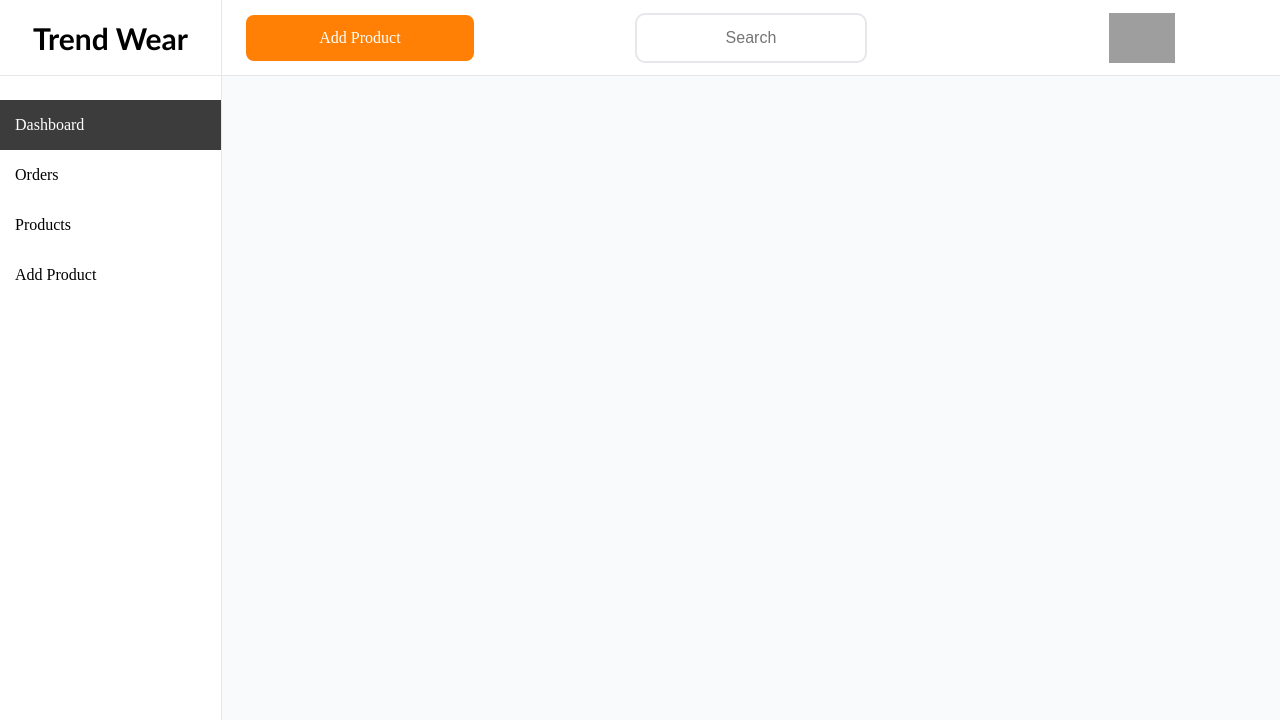
Repository: ahmad-dev7/TrendWear
Page: / (app in trend_wear_dashboard/)
The author's editor kept a copy of each file at every save. The page is drawn from the files as they stood at one save, then again after the next save.
The browser window is 1280 px wide. The pictures show the whole page.
Pictures or frames that could not be fetched are drawn as grey boxes. The project was rebuilt for these pictures with package versions that can differ from the ones it lists, and the page was loaded fresh each time. Also part of the build but not shown: trend_wear_dashboard/vite.config.ts.

Above is the page before, as saved 2025-01-19 19:24:22.

After the next save:
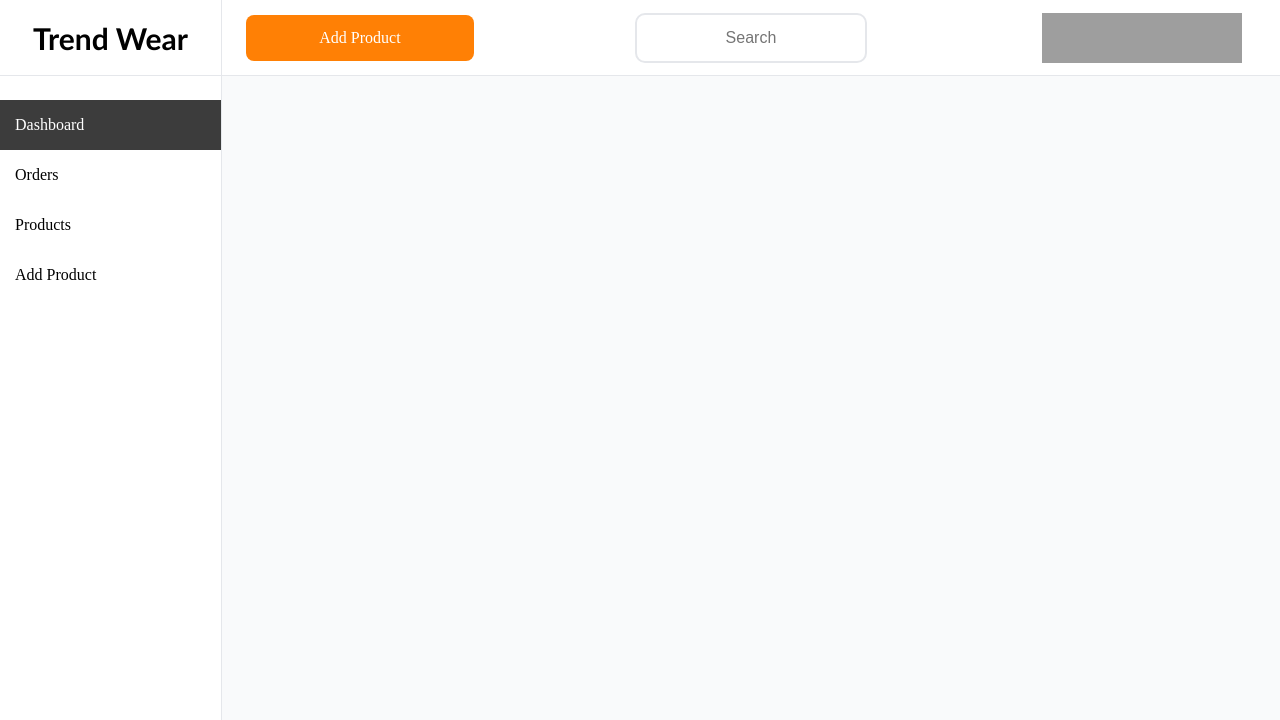
Saved 5 s later.
--- a/trend_wear_dashboard/src/Navbar/Navbar.css
+++ b/trend_wear_dashboard/src/Navbar/Navbar.css
@@ -34,6 +34,6 @@
 
 #top-navbar img {
     height: 50px;
-    object-fit: contain;
+    object-fit: fill;
     align-items: end;
 }

After the save that followed:
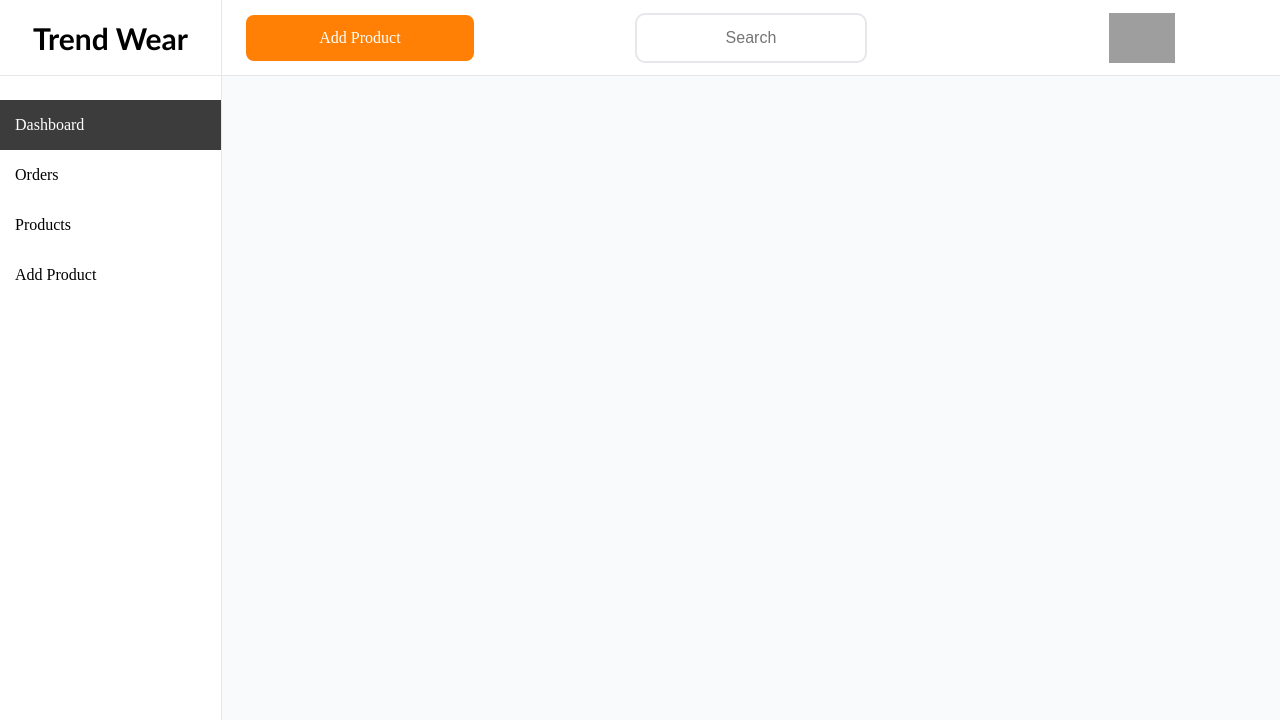
Saved 6 s later.
--- a/trend_wear_dashboard/src/Navbar/Navbar.css
+++ b/trend_wear_dashboard/src/Navbar/Navbar.css
@@ -34,6 +34,6 @@
 
 #top-navbar img {
     height: 50px;
-    object-fit: fill;
+    object-fit: contain;
     align-items: end;
 }
